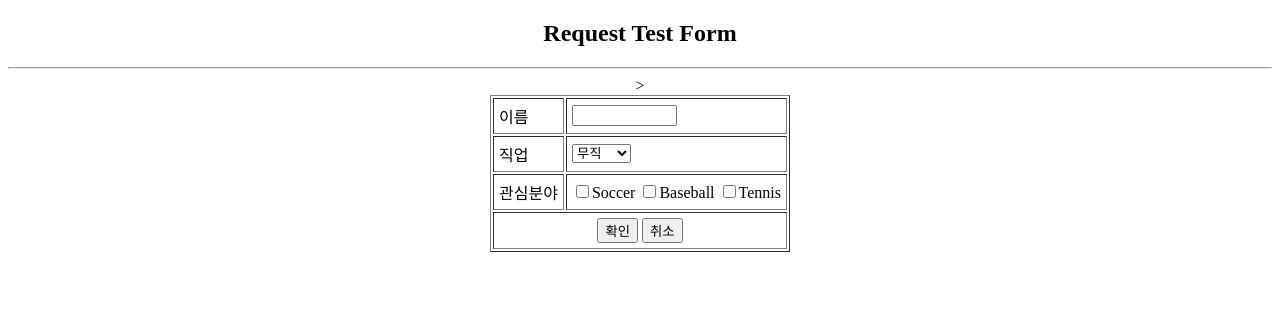
Repository: HyeonbinSa/JSPBook
Page: jspbook/WebContent/ch06/implicit.html
An editor plug-in stored every save of this project. The page is shown before and after the next save, followed by the edit.
The browser window is 1280 px wide. The pictures show the whole page.

Above is the page before, as saved 2020-01-02 09:51:44.

After the next save:
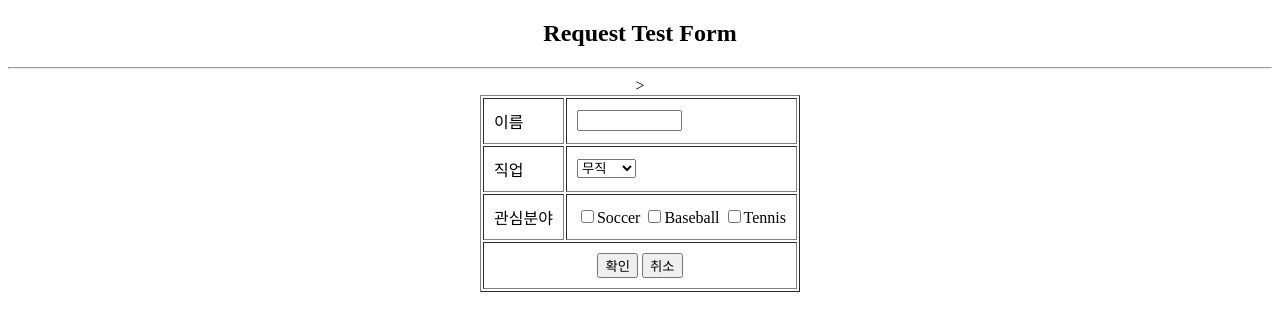
Saved 12 s later.
--- a/jspbook/WebContent/ch06/implicit.html
+++ b/jspbook/WebContent/ch06/implicit.html
@@ -11,7 +11,7 @@ table{
 	border-spacing : 1;
 }
 td, th{
-	padding : 5px;
+	padding : 10px;
 }
 </style>
 </head>
